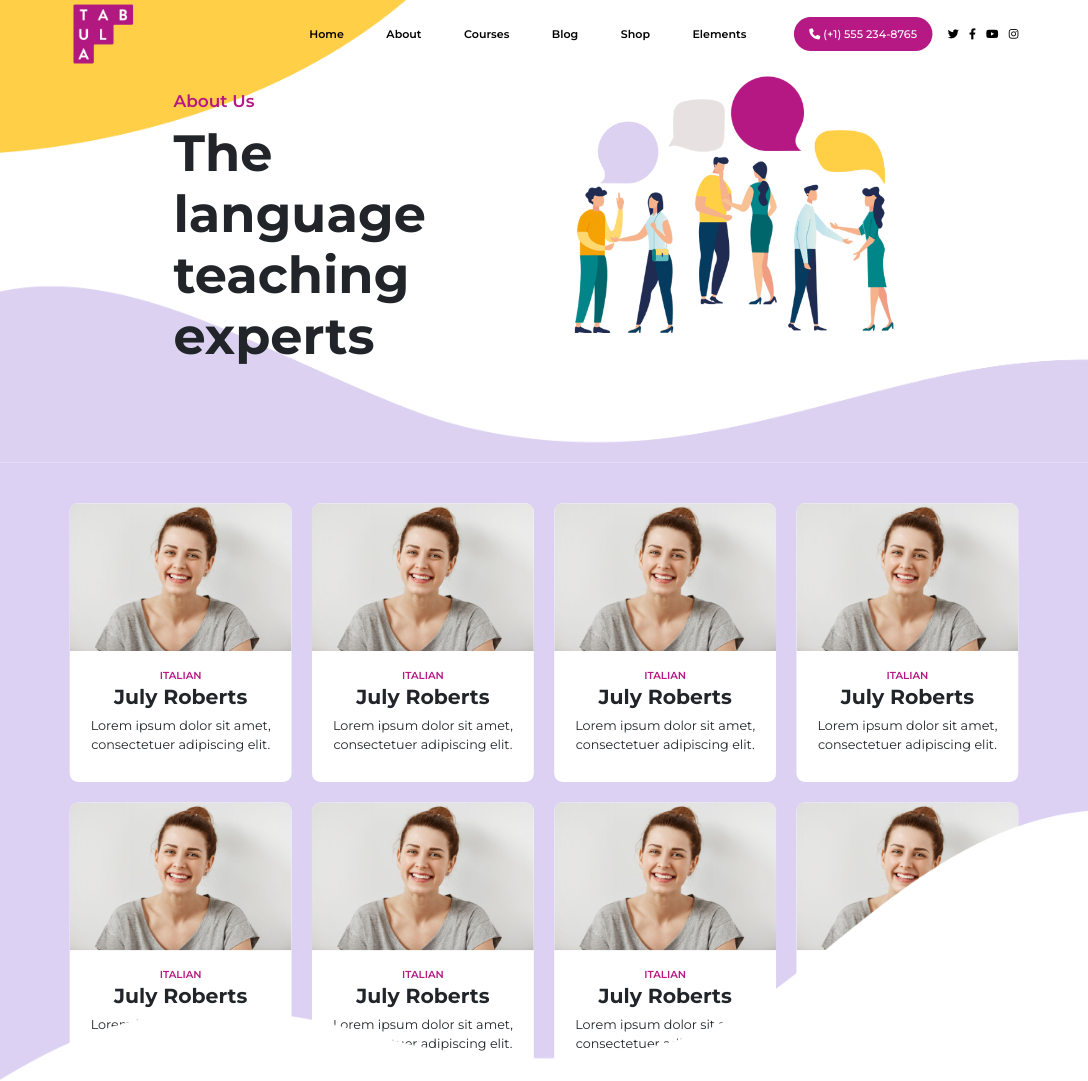
Repository: minhtrivu6199/tabula
Page: index.html
The author's editor kept a copy of each file at every save. The page is drawn from the files as they stood at one save, then again after the next save.
The browser window is 1280 px wide. The pictures show the whole page, at 85% of full size.
Some web libraries are served in a nearby version. The style sheet was rebuilt from its Sass, Less or Tailwind sources for each picture, by a compiler version that may differ from the author's.

Above is the page before, as saved 2022-09-28 08:11:36.

After the next save:
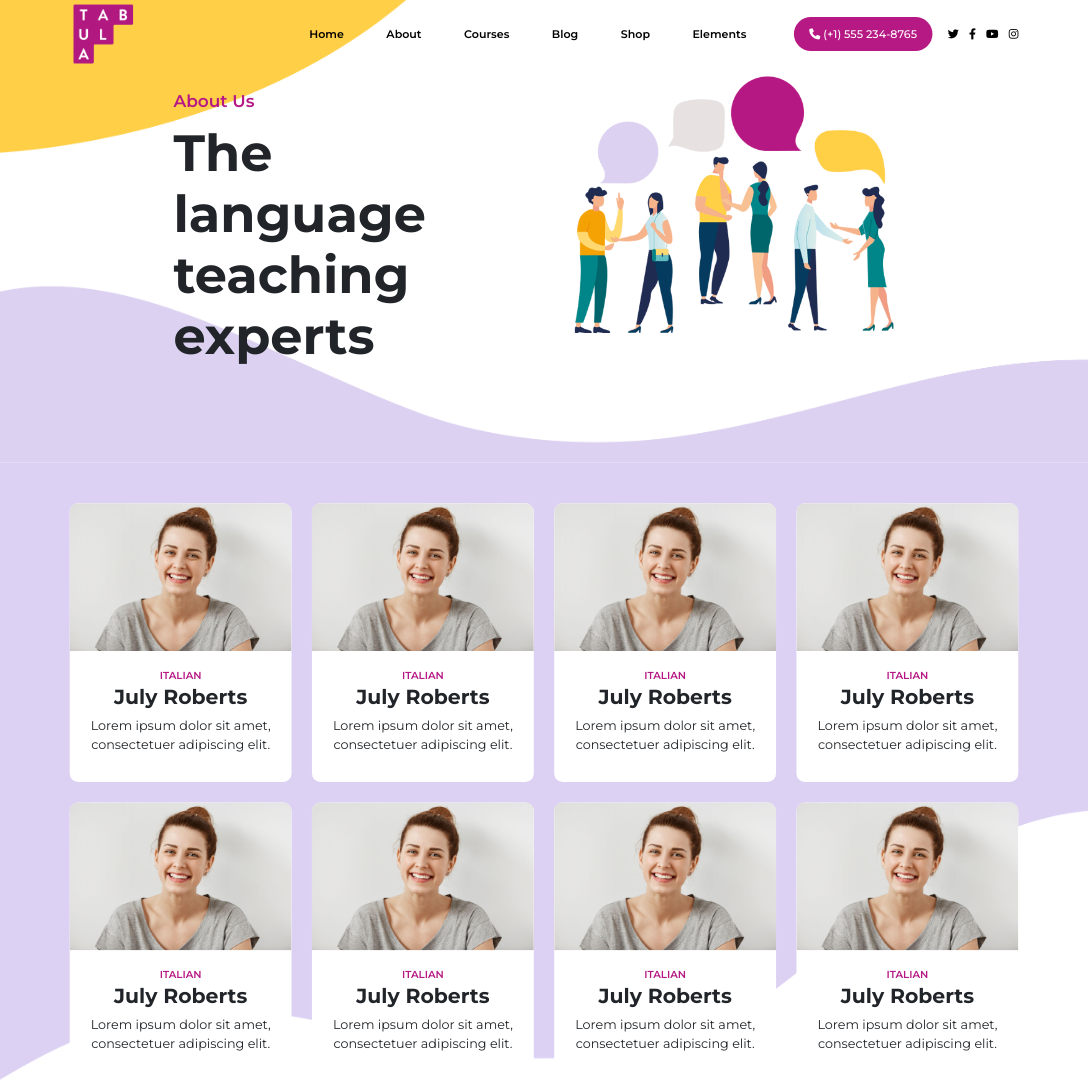
Saved 16 s later.
--- a/scss/style.scss
+++ b/scss/style.scss
@@ -201,11 +201,11 @@ img {
     background-color: #dcd1f3;
     position: relative;
     .container {
-        z-index: 2;
         .row {
             .card {
                 border-radius: 10px;
                 border: none;
+                z-index: 2;
                 img {
                     border-radius: 10px 10px 0 0;
                 }
